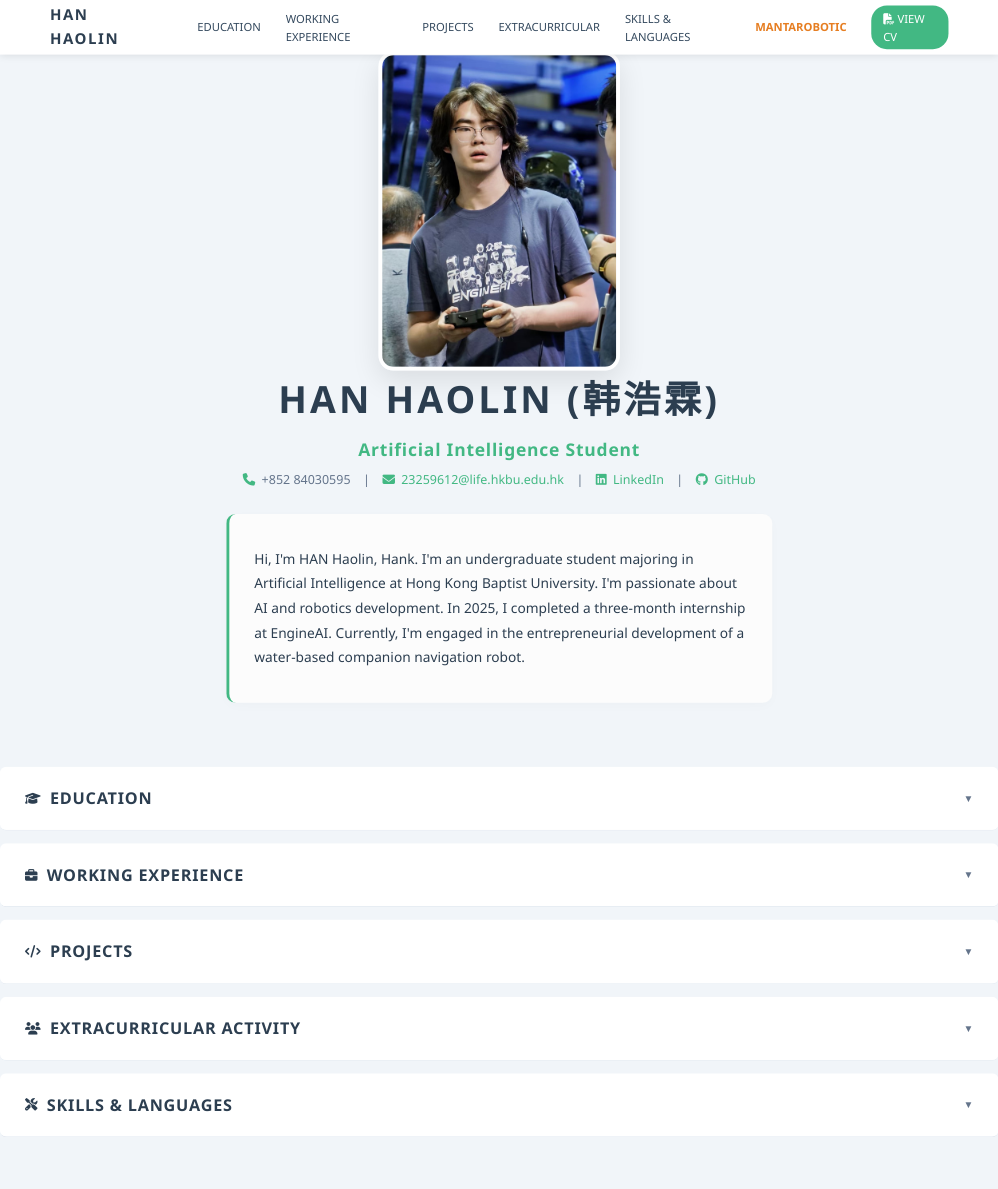
Repository: hhl2802149944-afk/hhl2802149944-afk.github.io
Page: /
These files come from the project's save history. The page is drawn as it stood at one moment and after the next save; the edit follows.
The browser window is 1280 px wide. The pictures show the whole page, at 78% of full size.
The project was rebuilt for these pictures with package versions that can differ from the ones it lists, and the page was loaded fresh each time. Also part of the build but not shown: vite.config.js, src/components/ProjectCard.vue, src/views/MantaRoboticView.vue.

Above is the page before, as saved 2026-01-22 11:24:02.

After the next save:
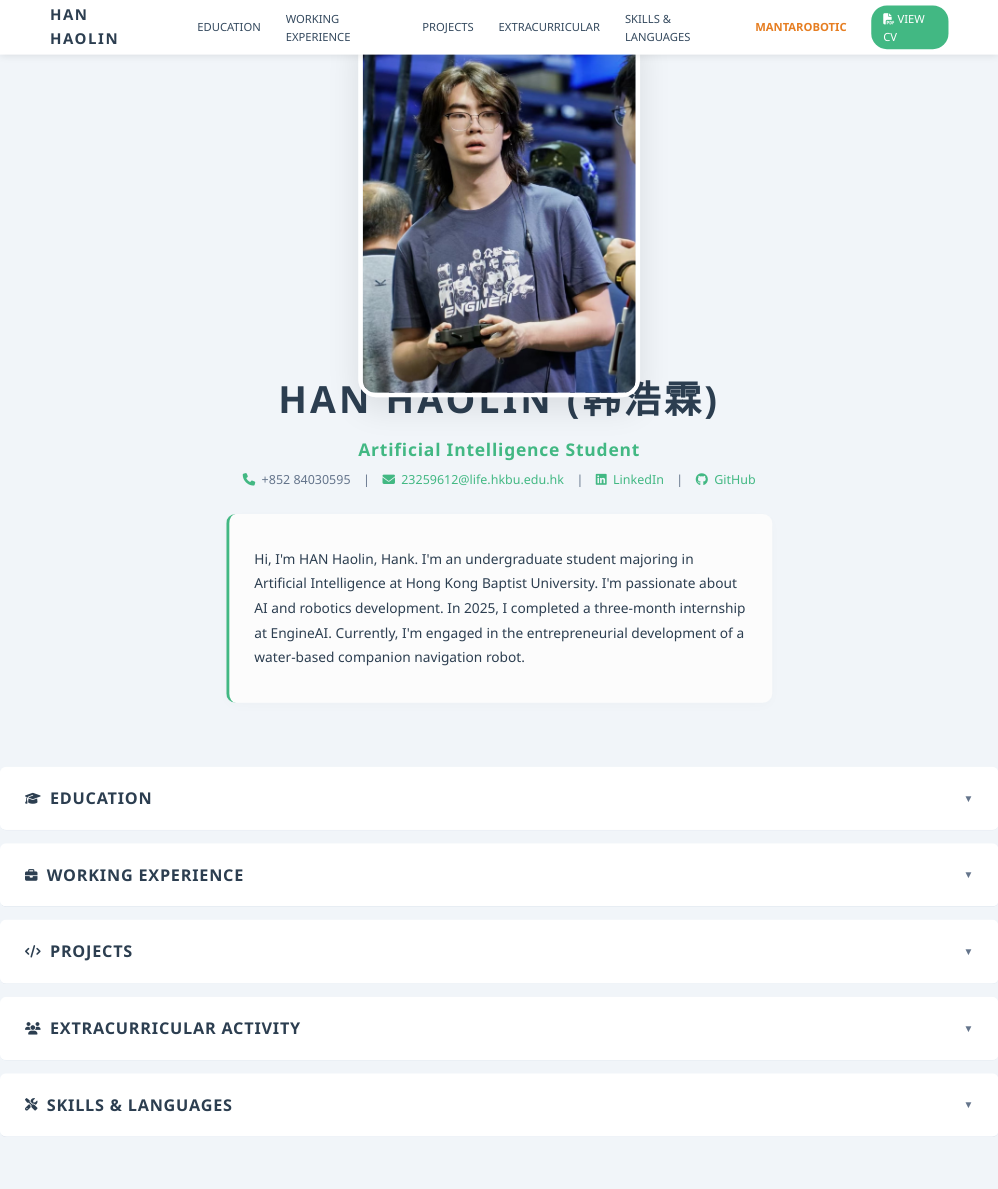
Saved 3 min 52 s later.
--- a/src/components/ResumeHeader.vue
+++ b/src/components/ResumeHeader.vue
@@ -101,7 +101,7 @@ h1 {
   overflow: hidden;
   box-shadow: 0 10px 30px rgba(0,0,0,0.1);
   border: 4px solid white;
-  transform: scale(1.2); /* 放大 120% */
+  transform: scale(1.4); /* 放大 120% */
   transform-origin: center;
 }
 
